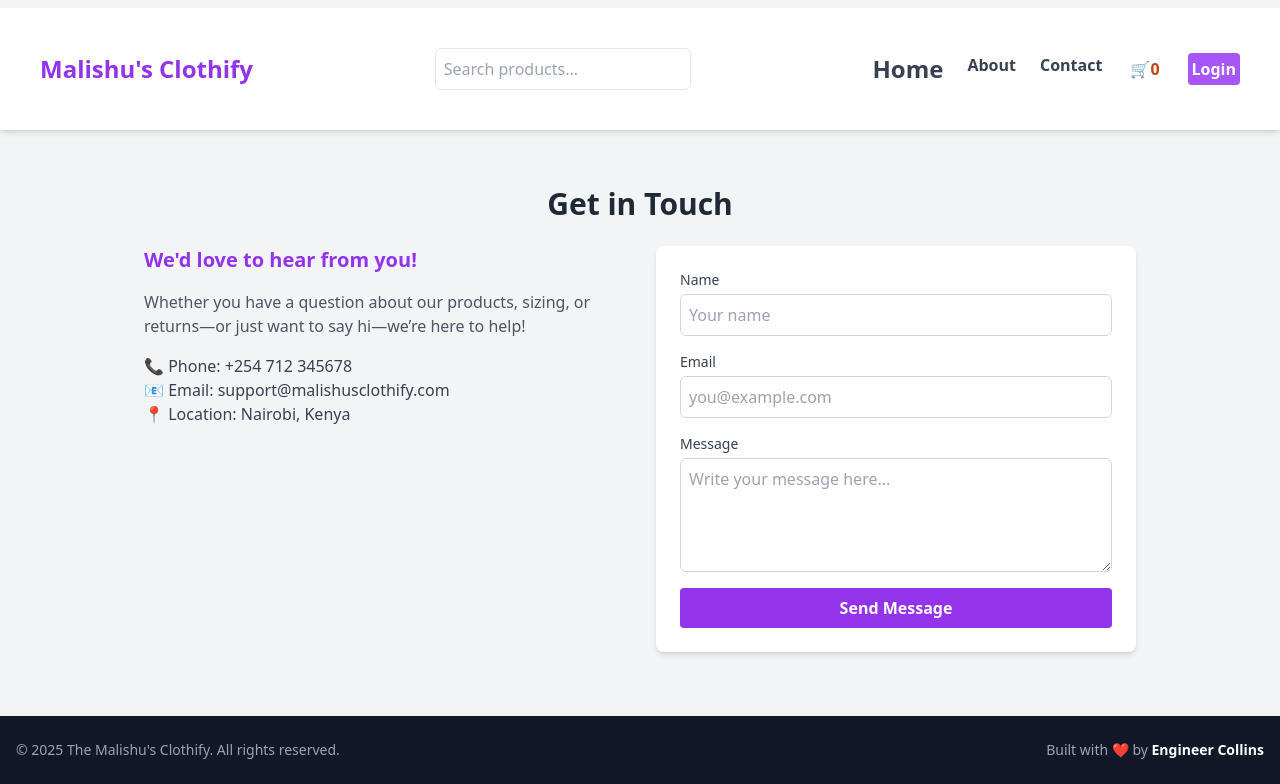
Repository: Engineer-collo/Modern-Ecommerce-Application
Page: /contact
These files come from the project's save history. The page is drawn as it stood at one moment and after a run of saves; the edit follows.
The browser window is 1280 px wide. The pictures show the whole page.
The project was rebuilt for these pictures with package versions that can differ from the ones it lists, and the page was loaded fresh each time. Also part of the build but not shown: vite.config.js, src/components/SignupForm.jsx, src/components/LoginForm.jsx, src/components/ProductCard.jsx, src/components/ProductFeed.jsx, src/components/About.jsx, src/components/Cart.jsx.

Above is the page before, as saved 2025-05-23 15:45:06.

### index.html
<!DOCTYPE html>
<html lang="en">
<head>
  <meta charset="UTF-8">
  <meta name="viewport" content="width=device-width, initial-scale=1.0">
  <title>Ecommerce</title>
</head>
<body class="bg-gray-100">
  <div id="root"></div>
  <script type="module" src="/src/main.jsx"></script>
</body>
</html>

### src/main.jsx
import React from 'react'
import ReactDOM from 'react-dom/client'
import './index.css'
import App from './App'

ReactDOM.createRoot(document.getElementById('root')).render(
  <React.StrictMode>
    <App />
  </React.StrictMode>,
)

### src/App.jsx
import { BrowserRouter as Router, Routes, Route } from 'react-router-dom';
import { useEffect, useState } from 'react';
import Footer from './components/Footer';
import Navbar from './components/Navbar';
import SignupForm from './components/SignupForm';
import LoginForm from './components/LoginForm';
import ProductFeed from './components/ProductFeed';
import Contact from './components/Contact';
import About from './components/About';
import Cart from './components/Cart';

import {
  showSuccessToast,
  ToastContainerWrapper,
} from './components/Toast';

function App() {
  const [cart, setCart] = useState([]);
  const [cartLoaded, setCartLoaded] = useState(false);

  // Load cart from localStorage
  useEffect(() => {
    const storedCart = localStorage.getItem("cart");
    if (storedCart) {
      try {
        setCart(JSON.parse(storedCart));
      } catch (error) {
        console.error("Failed to parse cart from localStorage:", error);
      }
    }
    setCartLoaded(true);
  }, []);

  // Save cart to localStorage when updated
  useEffect(() => {
    if (cartLoaded) {
      localStorage.setItem("cart", JSON.stringify(cart));
    }
  }, [cart, cartLoaded]);

  const addToCart = (product) => {
    setCart(prevCart => {
      const existing = prevCart.find(item => item.id === product.id);
      if (existing) {
        return prevCart.map(item =>
          item.id === product.id
            ? { ...item, quantity: item.quantity + 1 }
            : item
        );
      } else {
        return [...prevCart, { ...product, quantity: 1 }];
      }
    });
    showSuccessToast("Added to cart!");
  };

  const removeFromCart = (product) => {
    setCart(prevCart =>
      prevCart
        .map(item =>
          item.id === product.id
            ? { ...item, quantity: item.quantity - 1 }
            : item
        )
        .filter(item => item.quantity > 0)
    );
    showSuccessToast("Removed from cart!");
  };

  return (
    <Router>
      <Navbar cart={cart} />
      <Routes>
        <Route
          path="/"
          element={
            <ProductFeed
              addToCart={addToCart}
              showSuccessToast={showSuccessToast}
              cart={cart}
            />
          }
        />
        <Route
          path="/cart"
          element={
            <Cart
              cart={cart}
              removeFromCart={removeFromCart}
            />
          }
        />
        <Route path="/login" element={<LoginForm />} />
        <Route path="/signup" element={<SignupForm />} />
        <Route path="/about" element={<About />} />
        <Route path="/contact" element={<Contact showSuccessToast={showSuccessToast} />} />
      </Routes>
      <ToastContainerWrapper />
      <Footer />
    </Router>
  );
}

export default App;

### src/components/Footer.jsx
const Footer = () => {
    return(
        <>
        <footer className="bg-gray-900 text-white py-6 mt-12">
  <div className="max-w-7xl mx-auto px-4 flex flex-col md:flex-row justify-between items-center space-y-4 md:space-y-0">
    <p className="text-sm text-gray-400">
      &copy; {new Date().getFullYear()} The Malishu's Clothify.  All rights reserved.
    </p>
    <p className="text-sm text-gray-400">
      Built with ❤️ by <span className="text-white font-semibold">Engineer Collins</span>
    </p>


  </div>
</footer>

        </>
    )
}

export default Footer

### src/components/Navbar.jsx
import React, { useState } from "react";
import { Link } from "react-router-dom";

const Navbar = ({ cart = [], searchTerm, setSearchTerm }) => {
  const [isOpen, setIsOpen] = useState(false);

  const toggleMenu = () => setIsOpen(!isOpen);

  return (
    <header className="mt-2 bg-white  shadow-md">
      <div className="max-w-7xl mx-auto px-10 py-10 flex flex-col md:flex-row md:justify-between md:items-center">
        <div className="flex justify-between items-center">
          <h1 className="text-2xl font-bold text-gray-800">
            <Link
              to="/"
              className="hover:text-blue-500 text-gray-700 transition"
            >
              <span className="text-purple-600">Malishu's Clothify</span>
            </Link>
          </h1>

          <div className="md:hidden">
            <button
              onClick={toggleMenu}
              className="text-gray-700 focus:outline-none"
            >
              <svg
                className="h-6 w-6"
                fill="none"
                stroke="currentColor"
                strokeWidth="2"
                viewBox="0 0 24 24"
              >
                <path
                  strokeLinecap="round"
                  strokeLinejoin="round"
                  d={
                    isOpen
                      ? "M6 18L18 6M6 6l12 12"
                      : "M4 6h16M4 12h16M4 18h16"
                  }
                />
              </svg>
            </button>
          </div>
        </div>

        {/* Search Input */}
        <div className="my-2 md:my-0 w-full md:w-auto">
          <input
            type="text"
            placeholder="Search products..."
            value={searchTerm}
            onChange={(e) => setSearchTerm(e.target.value)}
            className="w-full md:w-64 p-2 border rounded-md"
          />
        </div>

        {/* Desktop nav */}
        <nav className="space-x-6 hidden md:flex">
          <Link
            to="/"
            className="text-2xl hover:text-blue-500 font-bold text-gray-700 transition"
          >
            Home
          </Link>
          <Link
            to="/about"
            className=" text-2xlhover:text-blue-500 font-bold text-gray-700 transition"
          >
            About
          </Link>
          <Link
            to="/contact"
            className="hover:text-blue-500 font-bold text-gray-700 transition"
          >
            Contact
          </Link>
          <Link
            to="/cart"
            className="rounded p-1 font-bold text-orange-700 transition"
          >
            🛒{cart.length}
          </Link>
          <Link
            to="/login"
            className="rounded p-1 bg-purple-500 font-bold text-white transition"
          >
            Login
          </Link>
        </nav>
      </div>

      {/* Mobile nav */}
      {isOpen && (
        <nav className="md:hidden px-4 pb-4 space-y-2">
          {isOpen && (
              <nav className="md:hidden px-4 py-4 flex flex-col space-y-4 bg-white shadow-inner">
              <Link
                to="/"
                className="text-2xl font-bold text-gray-700 hover:text-blue-500 transition"
              >
                Home
              </Link>
              <Link
                to="/about"
                className="text-2xl font-bold text-gray-700 hover:text-blue-500 transition"
              >
                About
              </Link>
              <Link
                to="/contact"
                className="text-2xl font-bold text-gray-700 hover:text-blue-500 transition"
              >
                Contact
              </Link>
              <Link
                to="/cart"
                className="text-2xl font-bold text-orange-700 hover:text-orange-500 transition"
              >
                🛒 {cart.length}
              </Link>
              <Link
                to="/login"
                className="text-center text-2xl font-bold bg-purple-500 text-white px-3 py-2 rounded transition"
              >
                Login
              </Link>
            </nav>

)}

        </nav>
      )}
    </header>
  );
};

export default Navbar;

### src/components/Contact.jsx
import React, { useState } from 'react';

const Contact = ({showSuccessToast}) => {
  const [form, setForm] = useState({ name: '', email: '', message: '' });

  const handleChange = (e) => {
    setForm({ ...form, [e.target.name]: e.target.value });
  };

  const handleSubmit = (e) => {
    e.preventDefault();
    // You can integrate with EmailJS, Formspree, etc.
    showSuccessToast("Message sent Successfully.")
    setForm({ name: '', email: '', message: '' });
  };

  return (
    <>
    <div className="max-w-5xl mx-auto p-4 mt-10">
      <h2 className="text-3xl font-bold text-center mb-6 text-gray-800">Get in Touch</h2>

      <div className="grid grid-cols-1 md:grid-cols-2 gap-8">
        {/* Left Info Section */}
        <div className="space-y-4">
          <h3 className="text-xl font-semibold text-purple-600">We'd love to hear from you!</h3>
          <p className="text-gray-600">
            Whether you have a question about our products, sizing, or returns—or just want to say hi—we’re here to help!
          </p>
          <div>
            <p className="text-gray-700 font-medium">📞 Phone: <span className="font-normal">+254 712 345678</span></p>
            <p className="text-gray-700 font-medium">📧 Email: <span className="font-normal">support@malishusclothify.com</span></p>
            <p className="text-gray-700 font-medium">📍 Location: <span className="font-normal">Nairobi, Kenya</span></p>
          </div>
        </div>

        {/* Right Form Section */}
        <form onSubmit={handleSubmit} className="space-y-4 bg-white shadow-md rounded-lg p-6">
          <div>
            <label className="block text-sm font-medium text-gray-700">Name</label>
            <input
              type="text"
              name="name"
              value={form.name}
              onChange={handleChange}
              required
              className="mt-1 block w-full p-2 border border-gray-300 rounded-md focus:ring-purple-500 focus:border-purple-500"
              placeholder="Your name"
            />
          </div>

          <div>
            <label className="block text-sm font-medium text-gray-700">Email</label>
            <input
              type="email"
              name="email"
              value={form.email}
              onChange={handleChange}
              required
              className="mt-1 block w-full p-2 border border-gray-300 rounded-md focus:ring-purple-500 focus:border-purple-500"
              placeholder="you@example.com"
            />
          </div>

          <div>
            <label className="block text-sm font-medium text-gray-700">Message</label>
            <textarea
              name="message"
              value={form.message}
              onChange={handleChange}
              required
              rows="4"
              className="mt-1 block w-full p-2 border border-gray-300 rounded-md focus:ring-purple-500 focus:border-purple-500"
              placeholder="Write your message here..."
            />
          </div>

          <button
            type="submit"
            className="w-full bg-purple-600 hover:bg-purple-700 text-white font-semibold py-2 px-4 rounded"
          >
            Send Message
          </button>
        </form>
      </div>
    </div>
    </>
  );
};

export default Contact;

### src/components/Toast.jsx
// src/components/Toast.js
import { toast, ToastContainer } from 'react-toastify';
import 'react-toastify/dist/ReactToastify.css';

// Toast functions
export const showSuccessToast = (message) =>
  toast.success(message, {
    className: 'bg-green-100 text-green-800 border border-green-300 rounded p-4',
    bodyClassName: 'text-sm',
    progressClassName: 'bg-green-500',
  });

export const showErrorToast = (message) =>
  toast.error(message, {
    className: 'bg-red-100 text-red-800 border border-red-300 rounded p-4',
    bodyClassName: 'text-sm',
    progressClassName: 'bg-red-500',
  });

export const showInfoToast = (message) =>
  toast.info(message, {
    className: 'bg-blue-100 text-blue-800 border border-blue-300 rounded p-4',
    bodyClassName: 'text-sm',
    progressClassName: 'bg-blue-500',
  });

export const showWarningToast = (message) =>
  toast.warn(message, {
    className: 'bg-yellow-100 text-yellow-800 border border-yellow-300 rounded p-4',
    bodyClassName: 'text-sm',
    progressClassName: 'bg-yellow-500',
  });

// Toast container
export const ToastContainerWrapper = () => (
  <ToastContainer position="top-center" autoClose={2000} />
);

Loaded but not shown: src/index.css (common file); tailwind.config.js (common file)

After the next 4 saves:
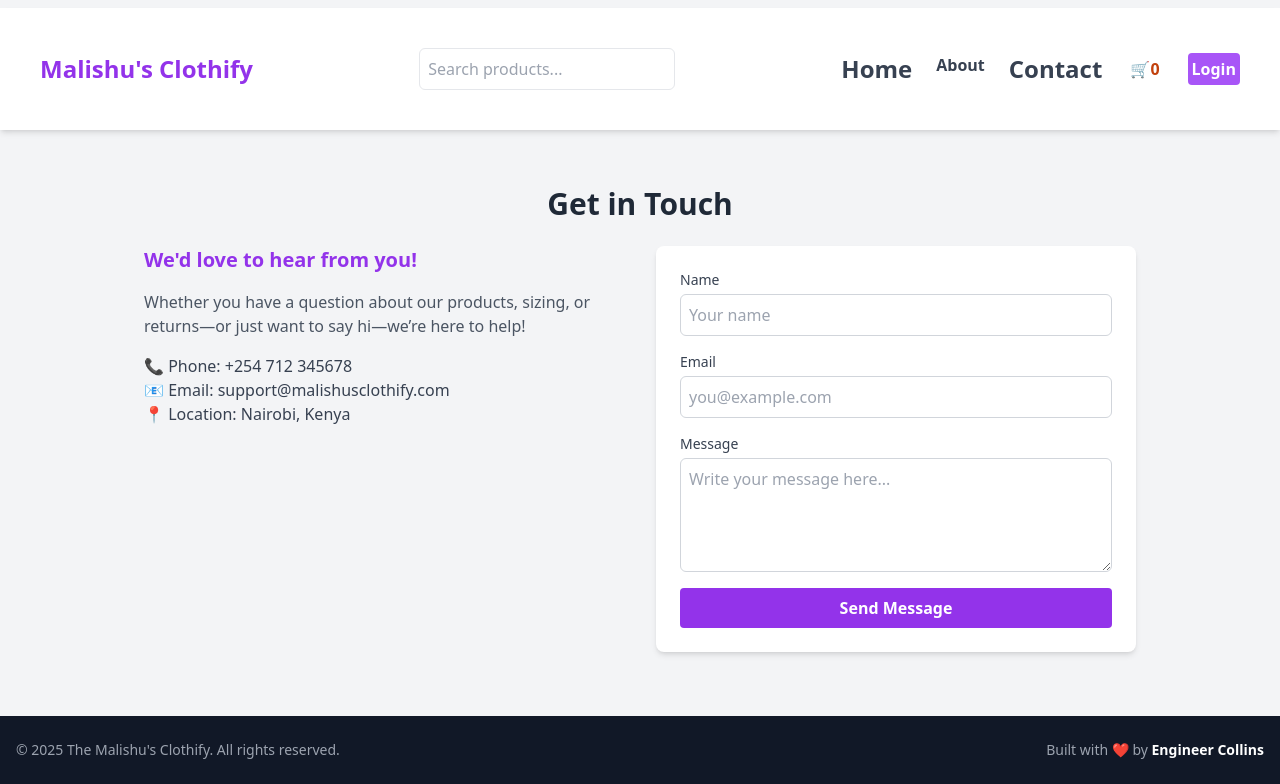
The 4 saves are shown as one change because they came seconds apart.
The last was saved 15 s later.
--- a/src/components/Navbar.jsx
+++ b/src/components/Navbar.jsx
@@ -66,13 +66,13 @@ const Navbar = ({ cart = [], searchTerm, setSearchTerm }) => {
           </Link>
           <Link
             to="/about"
-            className=" text-2xlhover:text-blue-500 font-bold text-gray-700 transition"
+            className=" text-2x lhover:text-blue-500 font-bold text-gray-700 transition"
           >
             About
           </Link>
           <Link
             to="/contact"
-            className="hover:text-blue-500 font-bold text-gray-700 transition"
+            className=" text-2xl hover:text-blue-500 font-bold text-gray-700 transition"
           >
             Contact
           </Link>
